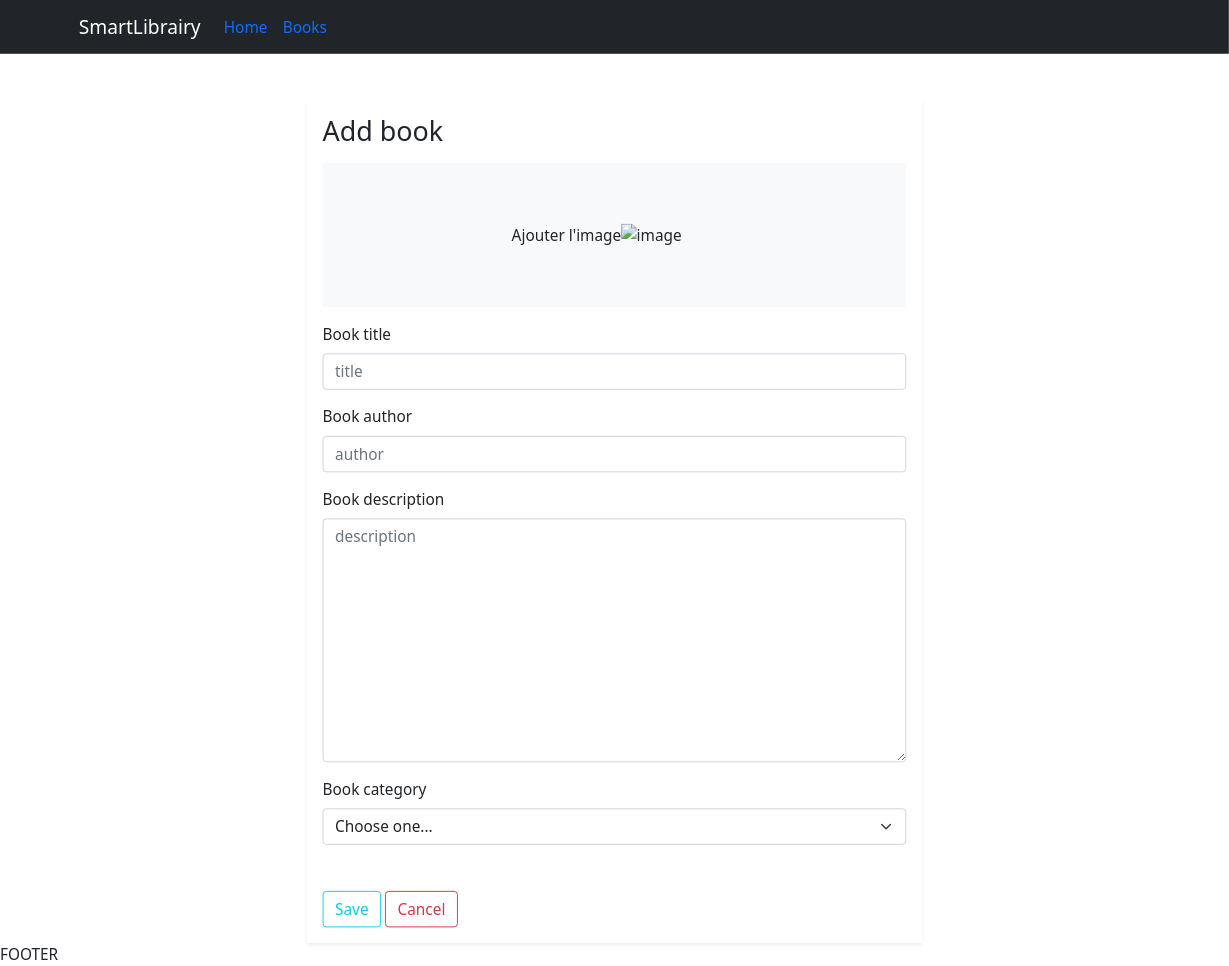
Repository: FS-23/smart-librairy
Page: http://localhost/books/create
An editor plug-in stored every save of this project. The page is shown before and after the next save, followed by the edit.
The browser window is 1280 px wide. The pictures show the whole page, at 96% of full size.
The page is served by the project's Laravel application, run on PHP 8.4 with Laravel 9. Other server files are loaded and not shown.

Above is the page before, as saved 2022-06-10 13:19:58.

### routes/web.php
<?php

use Illuminate\Support\Facades\Route;
use Illuminate\Http\Request;
use App\Http\Controllers\BookController;

/*
    |--------------------------------------------------------------------------
    | Web Routes
    |--------------------------------------------------------------------------
    |
    | Here is where you can register web routes for your application. These
    | routes are loaded by the RouteServiceProvider within a group which
    | contains the "web" middleware group. Now create something great!
    |
*/

Route::get('/', function () {
    return redirect('/books/list');
});
Route::get('/books/list' , [BookController::class , 'index']);
Route::get('/books/create',[BookController::class , 'create']);
Route::get('/books/update/{id}',[BookController::class , 'edit']);
Route::post('/books/store' , [BookController::class , 'store']);
Route::post('/books/update/{id}' , [BookController::class , 'update']);
Route::get('/books/detail/{id}' , [BookController::class, 'show']);
Route::get('/books/delete/{id}' , [BookController::class, 'destroy']);

Route::view('/file' , 'file');

Route::post('/file/store' , function(Request $request){
    //hasFile

    $file = $request -> file('myFile');

    // Storage::put('myfile.jpg', $file);
     $storeResult = $file->store('public/bookImages'); // file est le name de votre input dans file.blade.php
    // return $storeResult;

    $fileName = str_replace('public' , 'storage' , $storeResult);
     return  $fileName;
});

### app/Http/Controllers/BookController.php
<?php

namespace App\Http\Controllers;

use App\Models\Book;
use Illuminate\Http\Request;

class BookController extends Controller
{

    public function index()
    {

        return view('book.list', ['books' => Book::all()]);
    }

    public function create()
    {
        return view('book.create');
    }

    public function store(Request $request)
    {
        $data = $request -> all();
        $file = $request -> file('bookImage');
        $fileStoreResult = $file->store('/public/bookImages');
        $fileName = str_replace('public', 'storage' , $fileStoreResult);
        $data['image'] = $fileName;
        $createdBook = Book::create($data);
        return redirect('/books/list');
    }


    public function show($id)
    {
        return  view('book.detail' , ["book" => Book::find($id)]);
    }


    public function edit($id)
    {
        return view('book.update' , ["book" => Book::find($id)]);
    }


    public function update(Request $request, $id)
    {
        $book = Book::find($id);
        $book ->update($request->all());

        return redirect('/books/list');
        //
    }

    public function destroy($id)
    {
        Book::destroy($id);
        return redirect('/books/list');
    }
}

### resources/views/book/create.blade.php
@extends('layout.layout')

@section('content')

   <div class="col-11 col-sm-6 shadow-sm mt-5 p-3 m-auto">
    <form action="/books/store" method="post" enctype="multipart/form-data">
        @csrf
        <h3>Add book</h3>
        <div id="choose-image-container" style="height: 150px" class="bg-light mt-3 d-flex justify-content-center align-items-center">
            <span id="choose-txt">Ajouter l'image</span> <img  style="width: 100px ;display: none, height: 95%" id="imagePreview" src="" alt="image">
            <input type="file" accept="image/*" style="display: none" id="bookFile" name="bookImage" required>
        </div>
        <div class="form-group mt-3">
            <label for="" class="form-label">Book title</label>
            <input required type="text" class="form-control" placeholder="title" name="title">
        </div>
        <div class="form-group mt-3">
            <label for="" class="form-label">Book author</label>
            <input  required type="text" class="form-control" placeholder="author"  name="author">
        </div>
        <div class="form-group mt-3">
            <label for="" class="form-label">Book description</label>
            <textarea  required type="text" class="form-control" rows="10" placeholder="description"  name="description"></textarea>
        </div>
        <div class="form-group mt-3">
            <label for="" class="form-label">Book category</label>
            <select  required  name="categorie" id="" class="form-select">
                <option value="">Choose one...</option>
                <option value="thriller">Thriller</option>
                <option value="romance">Romance</option>
                <option value="dramatic">Drama</option>
                <option value="dramatic">Personal developpment</option>
            </select>
        </div>

        <div class="mt-5">
           <button class="btn btn-outline-info">Save</button>
           <a href="/book/list" class="btn btn-outline-danger">Cancel</a>
        </div>
   </form>
   </div>

   <script>
       window.onload = function(){
            console.log('hello world');
            let fileInput = document.querySelector('#bookFile');
            let imageContainer = document.querySelector('#choose-image-container');
            let imagePreview = document.querySelector('#imagePreview')
            imageContainer.addEventListener('click' , function(){
                fileInput.click();
            })

            fileInput.addEventListener('change' , function(){
                 console.log('files:', fileInput.files);

                 let reader = new FileReader();

                 reader.onload = function(){
                    // console.log('result:', reader.result);

                    imagePreview.src = reader.result;
                    imagePreview.style.display = '';
                    document.querySelector('#choose-txt').style.display = 'none'
                 }
                 reader.readAsDataURL(fileInput.files[0])

            })



       }
   </script>
@endsection

### resources/views/layout/layout.blade.php
<!DOCTYPE html>
<html lang="en">
<head>
    <meta charset="UTF-8">
    <meta name="viewport" content="width=device-width, initial-scale=1.0">
    <meta http-equiv="X-UA-Compatible" content="ie=edge">
    <title>SMART LIBRAIRY</title>

    <link rel="stylesheet" href="https://cdn.jsdelivr.net/npm/bootstrap@5.1.3/dist/css/bootstrap.min.css">
</head>
<body>
    <header>
        <nav class="navbar navbar-expand-lg  bg-dark  text-white">
             <div class="container">
                  <div class="navbar-brand text-white">SmartLibrairy</div>

                  <button class="navbar-toggler" data-bs-toggle="collapse" href="#menu-container">
                     <span class="navbar-toggler-icon"></span>
                  </button>
                  <div class="collapse navbar-collapse" id="menu-container">
                    <ul class="navbar-nav">
                        <li class="nav-item">
                            <a href="/" class="nav-link">Home</a>
                        </li>
                        <li class="nav-item">
                             <a href="/books/list" class="nav-link">Books</a>
                        </li>
                    </ul>
                  </div>
             </div>

        </nav>
    </header>
    <section>
        @yield('content')
    </section>

    <section>
        @if($errors->count()>0)
            @foreach($errors->all() as $error)
                <h6 class="text-danger">{{ $error }}</h6>
            @endforeach
        @endif
    </section>
    <footer>
        FOOTER
    </footer>

    <script src="https://cdn.jsdelivr.net/npm/bootstrap@5.1.3/dist/js/bootstrap.bundle.min.js"></script>
</body>
</html>

Loaded but not shown: app/Http/Controllers/Controller.php (common file)

After the next save:
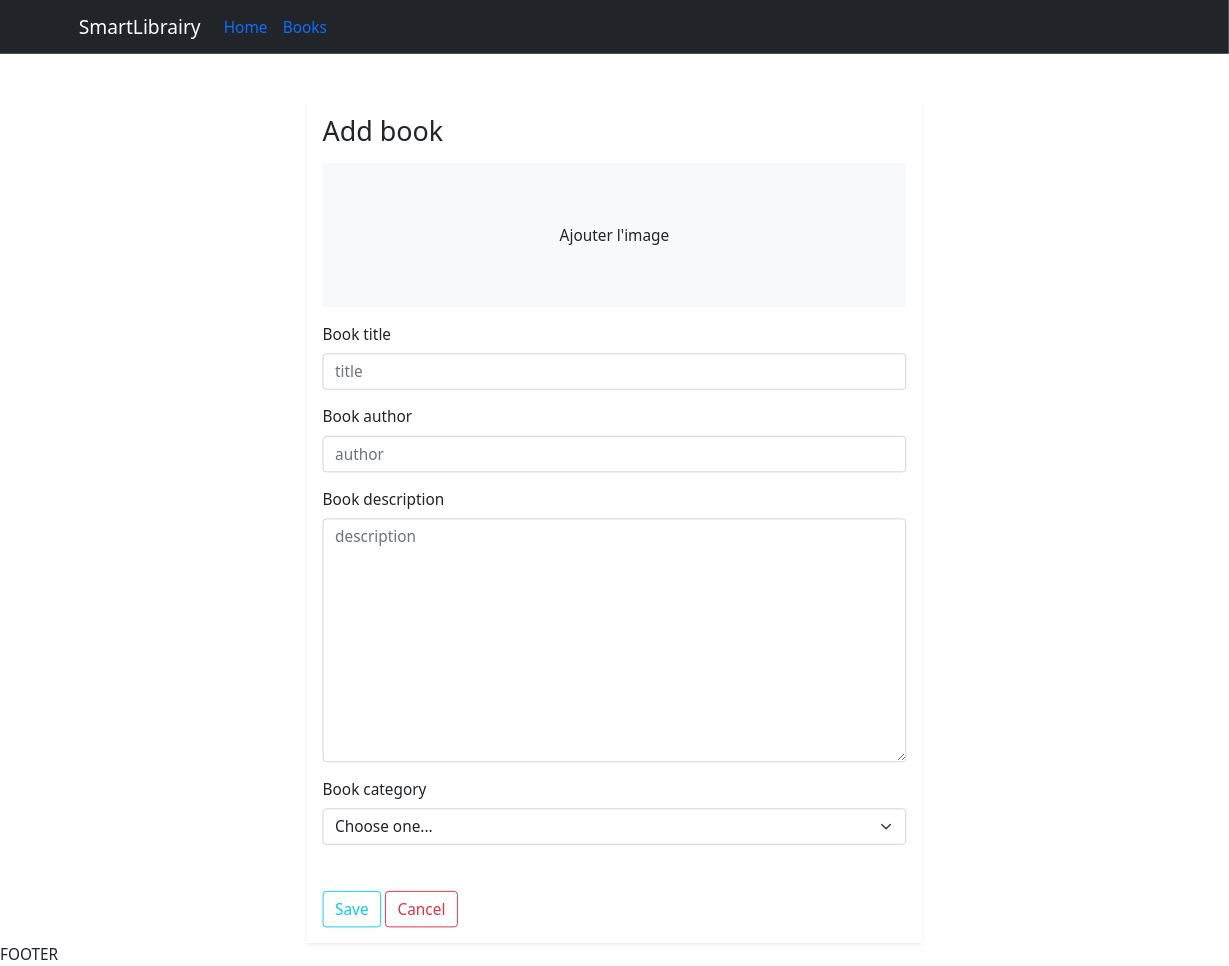
Saved 19 s later.
--- a/resources/views/book/create.blade.php
+++ b/resources/views/book/create.blade.php
@@ -7,7 +7,7 @@
         @csrf
         <h3>Add book</h3>
         <div id="choose-image-container" style="height: 150px" class="bg-light mt-3 d-flex justify-content-center align-items-center">
-            <span id="choose-txt">Ajouter l'image</span> <img  style="width: 100px ;display: none, height: 95%" id="imagePreview" src="" alt="image">
+            <span id="choose-txt">Ajouter l'image</span> <img  style="width: 100px ;display: none; height: 95%" id="imagePreview" src="" alt="image">
             <input type="file" accept="image/*" style="display: none" id="bookFile" name="bookImage" required>
         </div>
         <div class="form-group mt-3">
